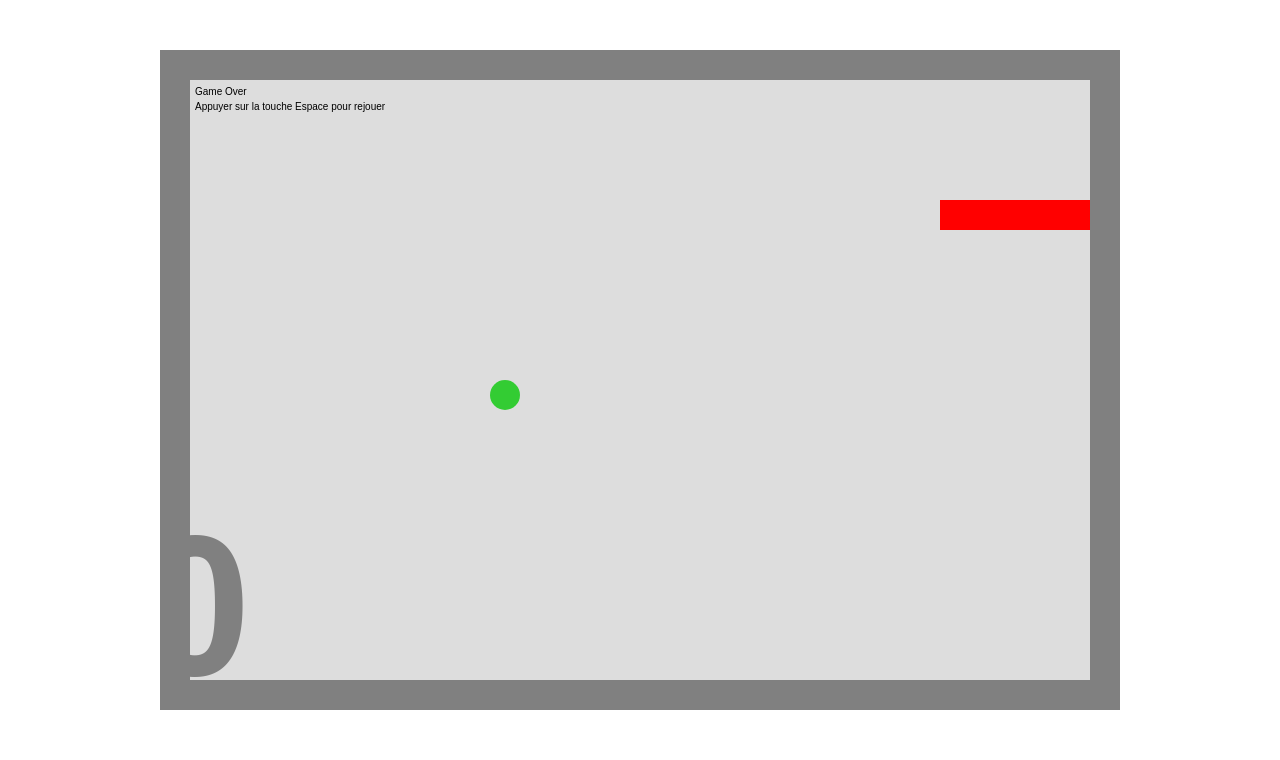
Repository: 0Memo/serpent
Page: index.html
An editor plug-in stored every save of this project. The page is shown before and after the next save, followed by the edit.
The browser window is 1280 px wide. The pictures show the whole page.

Above is the page before, as saved 2020-12-16 22:13:59.

### index.html
<!DOCTYPE html>
<html lang="es">
    <head>
        <meta charset="UTF-8">
        <meta name="viewport" content="width=device-width, initial-scale=1.0">
        <title>Juego de la serpiente></title>
    </head>
    <body>

        <script src="js/script.js"></script>
    </body>
</html>

### js/script.js
window.onload = function(){
    var canvasWidth = 900;
    var canvasHeight = 600;
    var blockSize = 30;
    var ctx;
    var delay = 100;
    var snakey;
    var appley;
    var widthInBlocks = canvasWidth / blockSize;
    var heightInBlocks = canvasHeight / blockSize;
    var score;

    init();

    function init(){
        var canvas = document.createElement('canvas');
        canvas.width = canvasWidth;
        canvas.height = canvasHeight;
        canvas.style.border = "30px solid gray";
        canvas.style.margin = "50px auto";
        canvas.style.display = "block";
        canvas.style.backgroundColor = "#ddd";
        document.body.appendChild(canvas);
        ctx = canvas.getContext('2d');
        snakey = new snake([[6,4], [5,4], [4,4], [3,4], [2, 4]], "right");
        appley = new apple([10, 10]);
        score = 0;
        refreshCanvas();

    }

    function refreshCanvas(){
        snakey.advance();
        if(snakey.checkCollision())
        {
            gameOver();
        } else {
            if(snakey.isEatingApple(appley))
            {
                score++;
                snakey.ateApple = true;
                do
                {
                    appley.setNewPosition();
                }
                while(appley.isOnSnake(snakey));
            }
            ctx.clearRect(0, 0, canvasWidth, canvasHeight);
            snakey.draw();
            appley.draw();
            drawScore();
            setTimeout(refreshCanvas,delay);
        }

    }

    function gameOver()
    {
        ctx.save();
        ctx.fillText("Game Over", 5, 15);
        ctx.fillText("Appuyer sur la touche Espace pour rejouer", 5, 30);
        ctx.restore();
    }

    function restart()
    {
        snakey = new snake([[6,4], [5,4], [4,4], [3,4], [2, 4]], "right");
        appley = new apple([10, 10]);
        score = 0;
        refreshCanvas();
    }

    function drawScore()
    {
        ctx.save();
        ctx.font = "bold 200px sans-serif";
        ctx.fillStyle = "gray";
        ctx.textAlign = "center";
        var centreX = canvasWidth / 2;
        var centreY = canvasHeight / 2;
        ctx.fillText(score.toString(), 5, canvasHeight -5);
        ctx.restore();
    }

    function drawBlock(ctx, position){
        var x = position[0] * blockSize;
        var y = position[1] * blockSize;
        ctx.fillRect(x, y, blockSize, blockSize);
    }

    function snake(body, direction) {
        this.body = body;
        this.direction = direction;
        this.ateApple = false;
        this.draw = function(){
            ctx.save();
            ctx.fillStyle = "#ff0000";
            for(var i = 0; i < this.body.length; i++){
                drawBlock(ctx, this.body[i]);
            }
            ctx.restore();
        };
        this.advance = function(){
            var nextPosition = this.body[0].slice();
            switch(this.direction){
                case "left":
                    nextPosition[0] -=1;
                    break;
                case "right":
                    nextPosition[0] +=1;
                    break;
                case "down":
                    nextPosition[1] +=1;
                    break;
                case "up":
                    nextPosition[1] -=1;
                    break;
                default:
                    throw("Invalid Direction");
            }
            this.body.unshift(nextPosition);
            if(!this.ateApple)
            {
                this.body.pop();
            } else {
                this.ateApple = false;
            }
        };
        this.setDirection = function(newDirection)
        {
            var allowedDirections;
            switch(this.direction){
                case "left":
                case "right":
                    allowedDirections = ["up", "down"];
                    break;
                case "down":
                case "up":
                    allowedDirections = ["left", "right"];
                    break;
                default:
                    throw("Invalid Direction");
            }
            if(allowedDirections.indexOf(newDirection) > -1){
                this.direction = newDirection;
            };
        };
        this.checkCollision = function()
        {
            var wallCollision = false;
            var snakeCollision = false;
            var head = this.body[0];
            var rest = this.body.slice(1);
            var snakeX = head[0];
            var snakeY = head[1];
            var minX = 0;
            var minY = 0;
            var maxX = widthInBlocks  - 1;
            var maxY = heightInBlocks - 1;
            var isNotBetweenHorizontalWalls = snakeX < minX || snakeX > maxX;
            var isNotBetweenVerticalWalls = snakeY < minY || snakeY > maxY;

            if(isNotBetweenHorizontalWalls || isNotBetweenVerticalWalls)
            {
                wallCollision = true;
            }

            for(var i = 0; i < rest.length; i++){
                if(snakeX === rest[i][0] && snakeY === rest[i][1]){
                    snakeCollision = true;
                }
            }
            return wallCollision || snakeCollision;
        };
        this.isEatingApple = function(appleToEat)
        {
            var head = this.body[0];
            if(head[0] === appleToEat.position[0] && head[1] === appleToEat.position[1])
            {
                return true;
            } else {
                return false;
            }
        };
    }

    function apple(position)
    {
        this.position = position;
        this.draw = function(){
            ctx.save();
            ctx.fillStyle = "#33cc33";
            ctx.beginPath();
            var radius = blockSize / 2;
            var x = this.position[0] * blockSize + radius;
            var y = this.position[1] * blockSize + radius;
            ctx.arc(x,y, radius, 0, Math.PI*2, true);
            ctx.fill();
            ctx.restore();
        };
        this.setNewPosition = function()
        {
            var newX = Math.round(Math.random() * (widthInBlocks - 1));
            var newY = Math.round(Math.random() * (heightInBlocks - 1));
            this.position = [newX, newY];
        };

        this.isOnSnake = function(snakeToCheck)
        {
            var isOnSnake = false;
            for(i = 0; i < snakeToCheck.body.length; i++)
            {
                if(this.position[0] === snakeToCheck.body[i][0] && this.position[1] === snakeToCheck.body[i][1])
                {
                    isOnSnake = true;
                }
            }
            return isOnSnake;
        }
    };

    document.onkeydown = function handleKeyDown(e){
    var key = e.keyCode;
    var newDirection;
    switch(key){
        case 37:
            newDirection = "left";
            break;
        case 38:
            newDirection = "up";
            break;
        case 39:
            newDirection = "right";
            break;
        case 40:
            newDirection = "down";
            break;
        case 32:
            restart();
            return;
        default:
            return;
    };
    snakey.setDirection(newDirection);
};
}

After the next save:
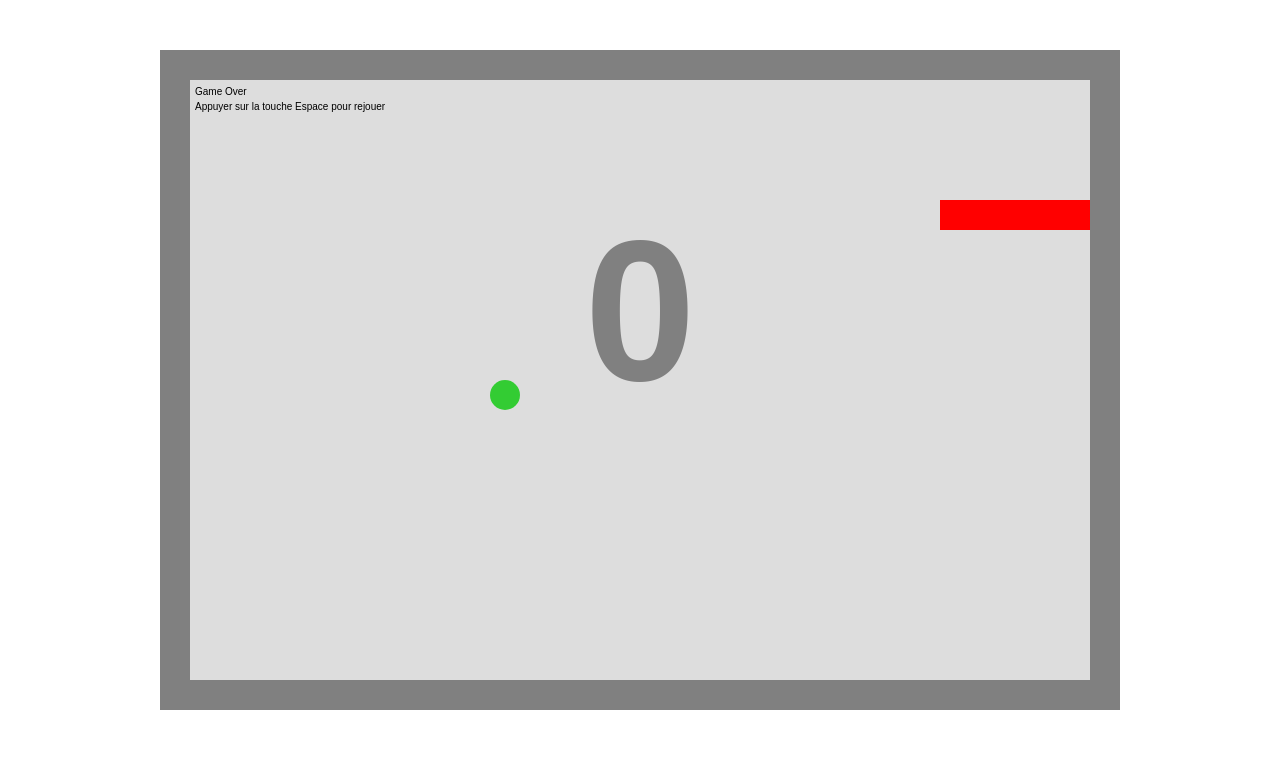
Saved 35 s later.
--- a/js/script.js
+++ b/js/script.js
@@ -78,7 +78,7 @@ window.onload = function(){
         ctx.textAlign = "center";
         var centreX = canvasWidth / 2;
         var centreY = canvasHeight / 2;
-        ctx.fillText(score.toString(), 5, canvasHeight -5);
+        ctx.fillText(score.toString(), centreX, centreY);
         ctx.restore();
     }
 
